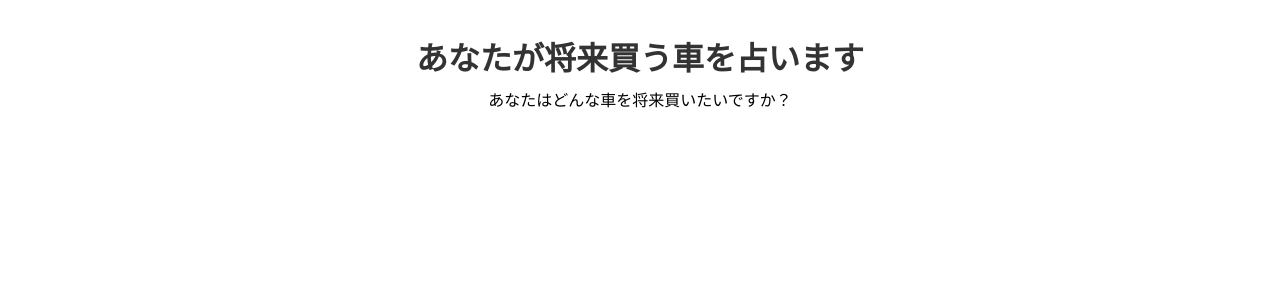
Repository: KustomApe/ksie
Page: 2021/am/introduction/index.html
An editor plug-in stored every save of this project. The page is shown before and after the next save, followed by the edit.
The browser window is 1280 px wide. The pictures show the whole page.

Above is the page before, as saved 2021-11-26 14:36:35.

After the next save:
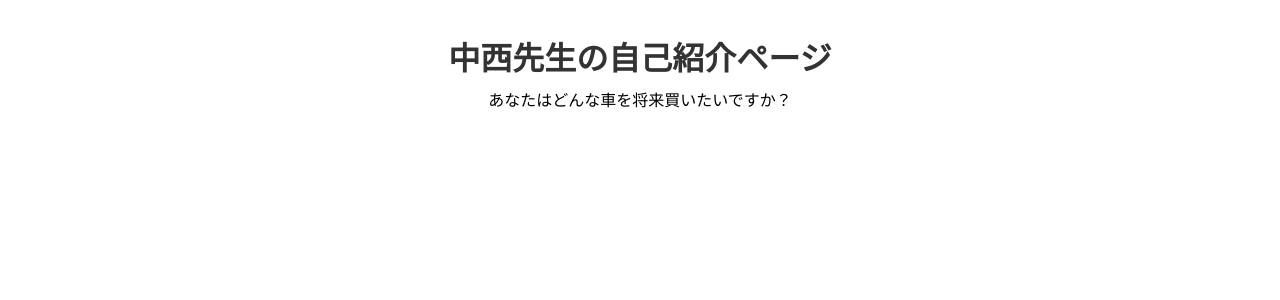
Saved 8 s later.
--- a/2021/am/introduction/index.html
+++ b/2021/am/introduction/index.html
@@ -10,7 +10,7 @@
 </head>
 <body>
     <div id="wrapper">
-        <h1 id="main_title">あなたが将来買う車を占います</h1>
+        <h1 id="main_title">中西先生の自己紹介ページ</h1>
         <p class="guides">あなたはどんな車を将来買いたいですか？</p>
     </div>
 </body>
